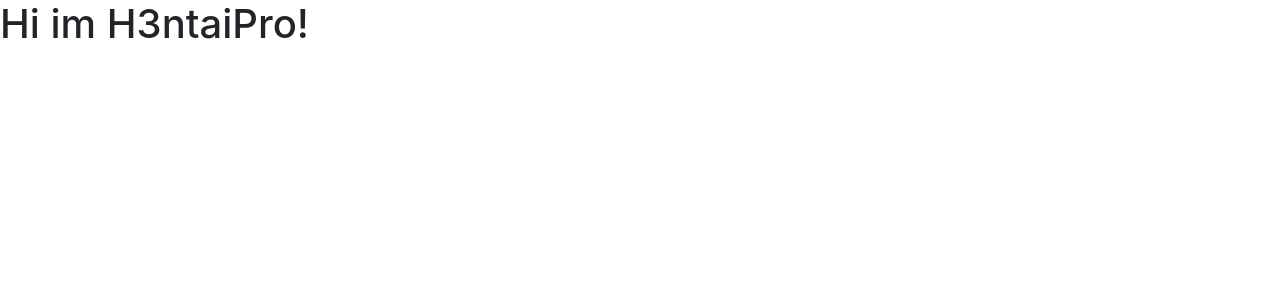
Repository: kate-gg/kate-gg.github.io
Page: index.html
An editor plug-in stored every save of this project. The page is shown before and after the next save, followed by the edit.
The browser window is 1280 px wide. The pictures show the whole page.

Above is the page before, as saved 2019-05-15 20:38:14.

After the next save:
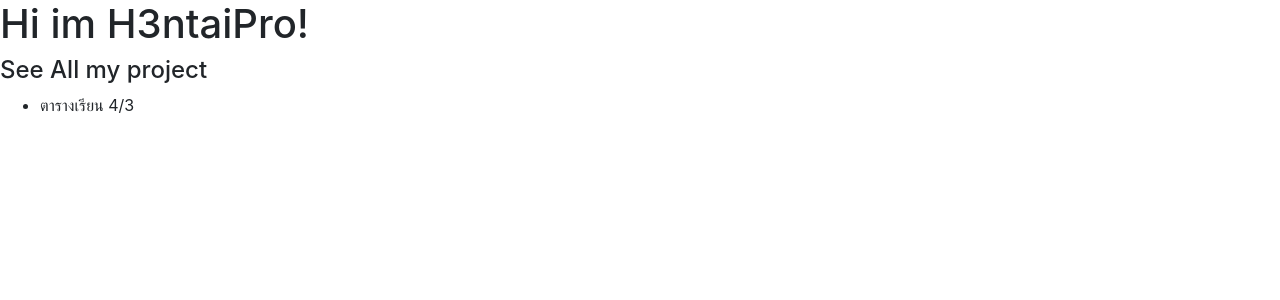
Saved 45 s later.
--- a/index.html
+++ b/index.html
@@ -1,21 +1,19 @@
-
 <!doctype html>
 <html lang="en">
   <head>
-    <!-- Required meta tags -->
     <meta charset="utf-8">
     <meta name="viewport" content="width=device-width, initial-scale=1, shrink-to-fit=no">
-
-    <!-- Bootstrap CSS -->
     <link rel="stylesheet" href="https://stackpath.bootstrapcdn.com/bootstrap/4.3.1/css/bootstrap.min.css" integrity="sha384-ggOyR0iXCbMQv3Xipma34MD+dH/1fQ784/j6cY/iJTQUOhcWr7x9JvoRxT2MZw1T" crossorigin="anonymous">
-
     <title>Hello, world!</title>
   </head>
   <body>
     <h1>Hi im H3ntaiPro!</h1>
+    <h4>See All my project</h4>
+    <ul>
+        <li><a>ตารางเรียน 4/3</a></li>
+    </ul>
 
-    <!-- Optional JavaScript -->
-    <!-- jQuery first, then Popper.js, then Bootstrap JS -->
+
     <script src="https://code.jquery.com/jquery-3.3.1.slim.min.js" integrity="sha384-q8i/X+965DzO0rT7abK41JStQIAqVgRVzpbzo5smXKp4YfRvH+8abtTE1Pi6jizo" crossorigin="anonymous"></script>
     <script src="https://cdnjs.cloudflare.com/ajax/libs/popper.js/1.14.7/umd/popper.min.js" integrity="sha384-UO2eT0CpHqdSJQ6hJty5KVphtPhzWj9WO1clHTMGa3JDZwrnQq4sF86dIHNDz0W1" crossorigin="anonymous"></script>
     <script src="https://stackpath.bootstrapcdn.com/bootstrap/4.3.1/js/bootstrap.min.js" integrity="sha384-JjSmVgyd0p3pXB1rRibZUAYoIIy6OrQ6VrjIEaFf/nJGzIxFDsf4x0xIM+B07jRM" crossorigin="anonymous"></script>
